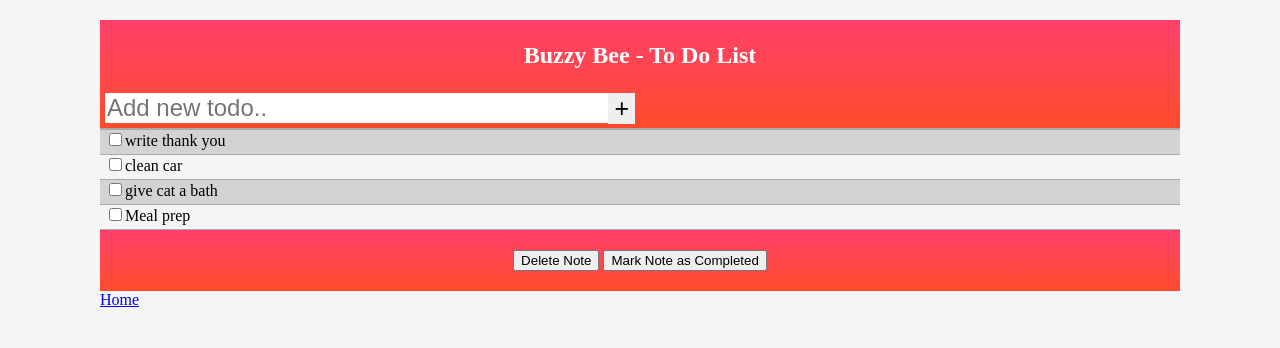
Repository: seleniadelgado/backend-spring2020-angie
Page: projects/todo/public_html/index.html
An editor plug-in stored every save of this project. The page is shown before and after the next save, followed by the edit.
The browser window is 1280 px wide. The pictures show the whole page.
The page's requests for data from a server got no answer.

Above is the page before, as saved 2020-05-12 22:23:47.

### projects/todo/public_html/index.html
<!DOCTYPE html>

<html lang="en">
    <head>
        <meta charset="utf-8">
        <title>Buzzy Bee - To Do List</title>
        <meta name="description" content="The HTML5 Herald">
        <meta name="author" content="SitePoint">
        <link rel="stylesheet" href="styles.css">
        <script
            src="https://code.jquery.com/jquery-3.5.0.min.js"
            integrity="sha256-xNzN2a4ltkB44Mc/Jz3pT4iU1cmeR0FkXs4pru/JxaQ="
            crossorigin="anonymous">
        </script>
</head>
<body>
    <div class="sectionTitle">
        <div class="appTitle">
            <h2>Buzzy Bee - To Do List</h2>
        </div>
        <div id="addNote">
            <input type="text" id="newNote" placeholder="Add new todo..">
            <button id="addBtn" type="button">+</button>
        </div>
    </div>

    <ul id="myList">
        <li><label><input type="checkbox"><span>write thank you</span></label></li>
        <li><label><input type="checkbox"><span>clean car</span></label></li>
        <li><label><input type="checkbox"><span>give cat a bath</span></label></li>
        <li><label><input type="checkbox"><span>Meal prep</span></label></li>
    </ul>
    <div class="buttonsArea">
        <button type="button">Delete Note</button>
        <button type="button">Mark Note as Completed</button>
    </div>






















    <a href="http://localhost:3000/">Home</a>



    <script>
        $(document).ready(() => {
            let objectToSend = {
                note: "Do somethings",
                author: "Nick"
            }

            $.post("http://localhost:3000/newNote", objectToSend, (dataToGet) => {
                console.log(dataToGet);
            });
            $.post("http://localhost:3000/readNotes", {}, (dataToGet) => {
                let allNotesArray = dataToGet.notes;

                console.log(allNotesArray);
            })
        })

        //import the data from default user
        // make JSON into JS with parse.
        //with the list we want to populate our ul.
        //use jquery to access the dom, grab the string
        //loop over notes
        //add the note as an li to the ul
        //  Create li with jquery.
        //  target the ul with jquery and append the li.
        //note: $('<li></li>'')
        //      $('ul') -> a jquery list which holds the ul.
        //      get 1st element from the array

    </script>
</body>
</html>

### projects/todo/public_html/styles.css
:root {
    --main-color: linear-gradient(#FF416C, #FF4B2B);
    --background-color: whitesmoke;
}

html {
    background: var(--background-color);
    height: 100%;
}
* {
    box-sizing: border-box;
}
body {
    margin: 0px 100px 75px 100px;
}

.sectionTitle {
    background: var(--main-color);
    text-align: center;
    border-bottom: 2px solid darkgray;
    margin-top: 0%;
}

.appTitle h2 {
    color: white;
    padding-top: 2%;
}
#addNote {
    display: flex;
    align-items: flex-start;
    padding: 5px;
    height: 30px;
    width: 50%;
    margin-bottom: 10px;
    font-family: 'Gill Sans', 'Gill Sans MT', Calibri, 'Trebuchet MS', sans-serif;
}
#addBtn {
    margin-left: 0%;
    font-size: 25px;
    color: none;
    border: none;
    background: light-grey;
}
#newNote {
    border: none;
    width: 100%;
    height: 150%;
    font-size: 24px;
}

#myList li:nth-child(odd) {
    background: lightgray;
  }
#myList {
    list-style: none;
    padding: 0px;
    margin-top: 0px;
    margin-bottom: 0px;
}

#myList li {
    cursor: pointer;
    height: 25px;
    border-bottom: 1px solid darkgray;
    background-color: whitesmoke;
    padding-left: 5px;
}
.buttonsArea {
    background: var(--main-color);
    text-align: center;
    padding: 20px;
}

After the next save:
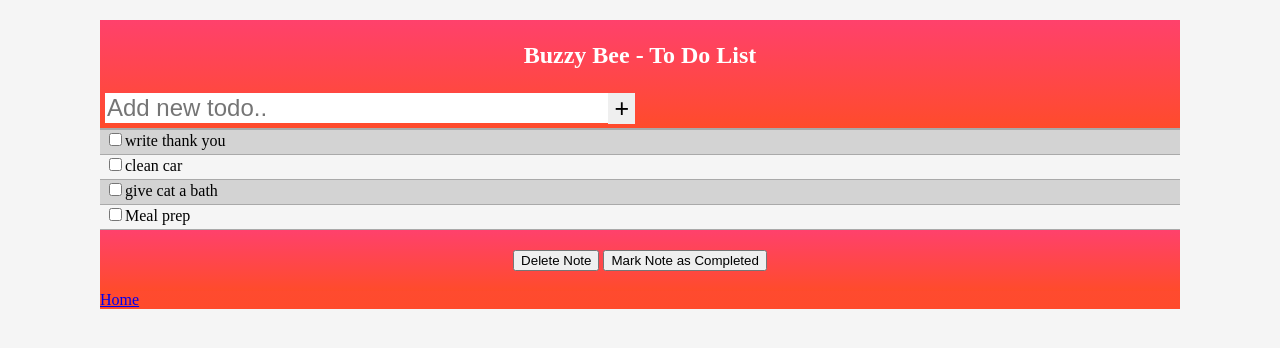
Saved 100 s later.
--- a/projects/todo/public_html/styles.css
+++ b/projects/todo/public_html/styles.css
@@ -12,6 +12,7 @@ html {
 }
 body {
     margin: 0px 100px 75px 100px;
+    background: var(--main-color);
 }
 
 .sectionTitle {
